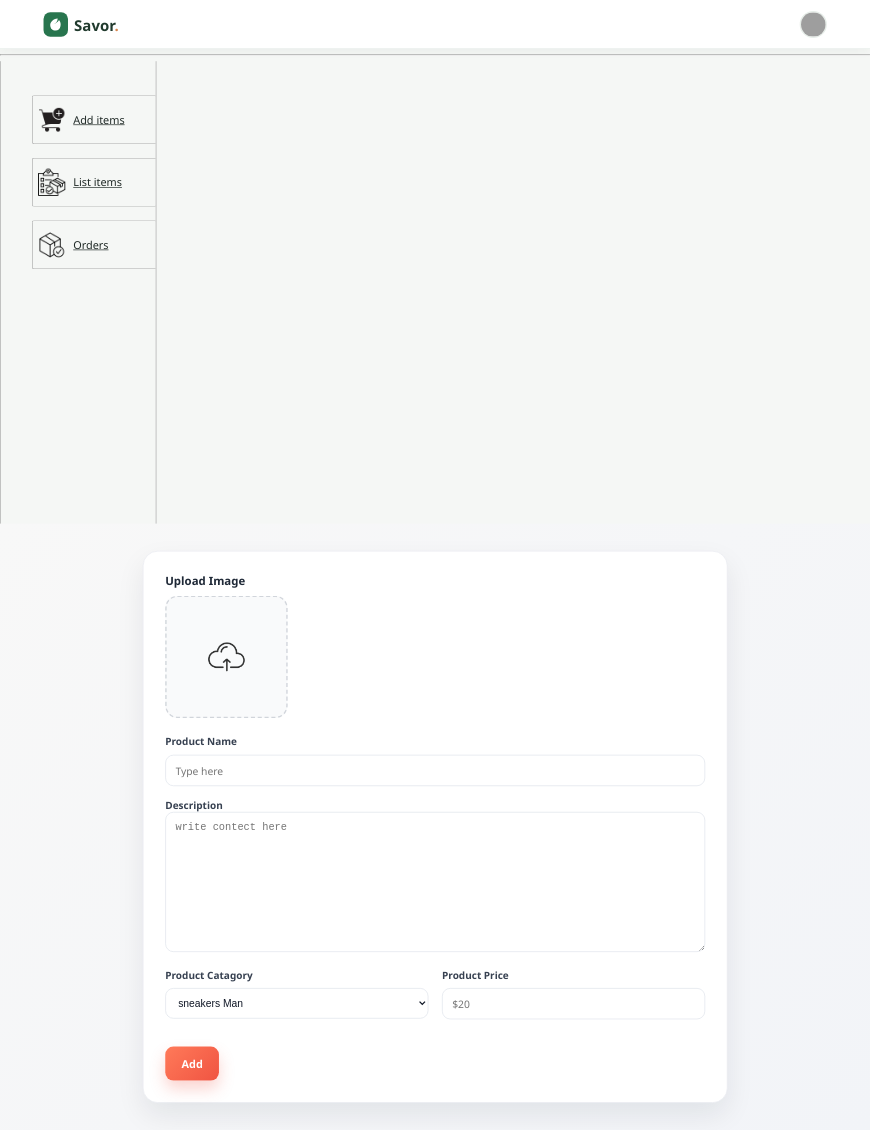
Repository: prince44991/Ecommerce-Project-Full-Stack
Page: /Additem (app in admin/my-react-app/)
These files come from the project's save history. The page is drawn as it stood at one moment and after the next save; the edit follows.
The browser window is 1280 px wide. The pictures show the whole page, at 68% of full size.
Pictures or frames that could not be fetched are drawn as grey boxes. The project was rebuilt for these pictures with package versions that can differ from the ones it lists, and the page was loaded fresh each time. Also part of the build but not shown: admin/my-react-app/vite.config.js, admin/my-react-app/src/pages/Order/Order.jsx, admin/my-react-app/src/pages/List/List.jsx.

Above is the page before, as saved 2026-09-29 21:17:49.

After the next save:
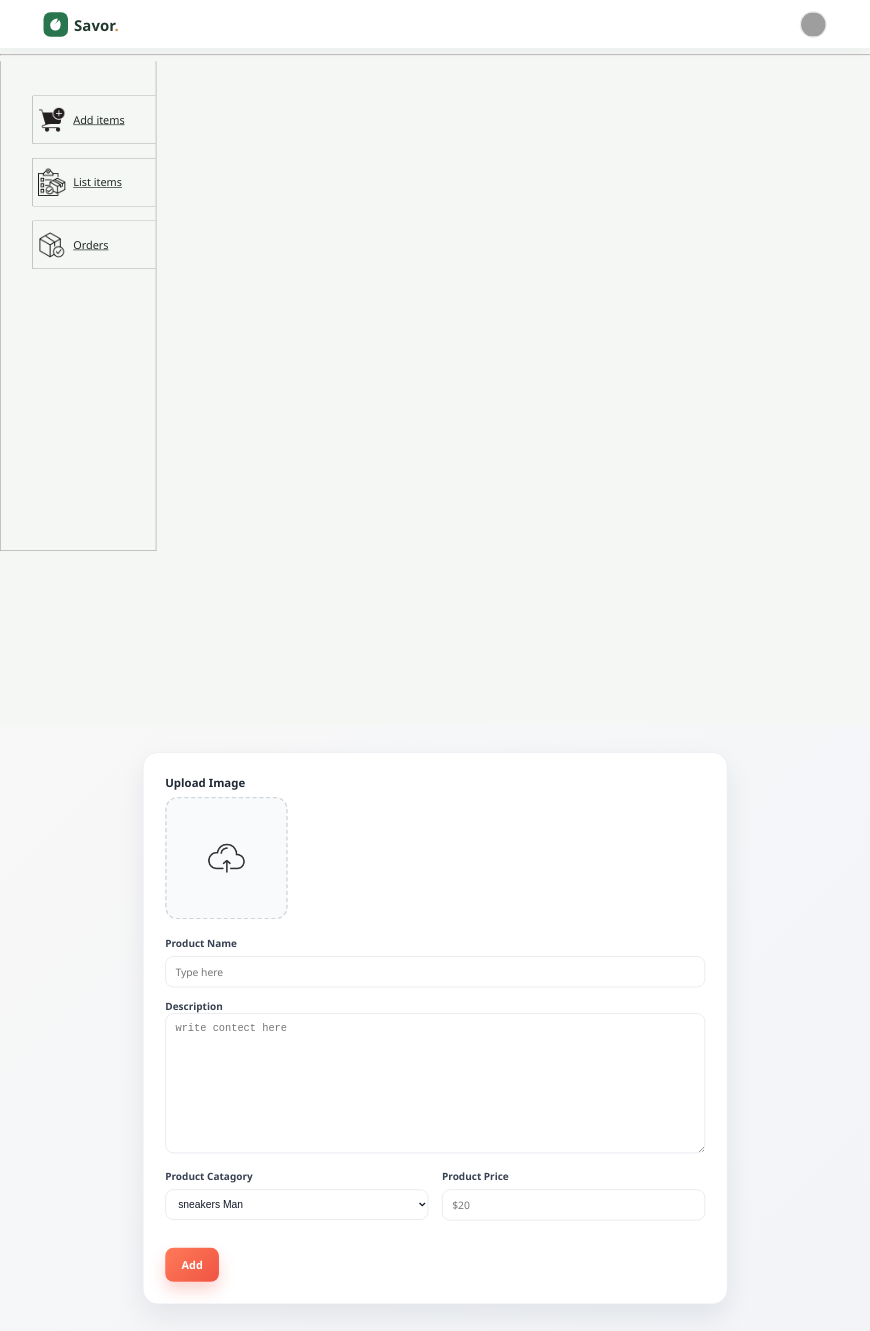
Saved 21 s later.
--- a/admin/my-react-app/src/pages/Add/Add.css
+++ b/admin/my-react-app/src/pages/Add/Add.css
@@ -5,7 +5,7 @@
   padding: 40px 20px;
   background: linear-gradient(135deg, #f8f8f8 0%, #f2f4f8 100%);
   min-height: calc(100vh - 80px);
-  margin-top: -40px;
+  margin-top:20vw;
 }
 
 .add form {
